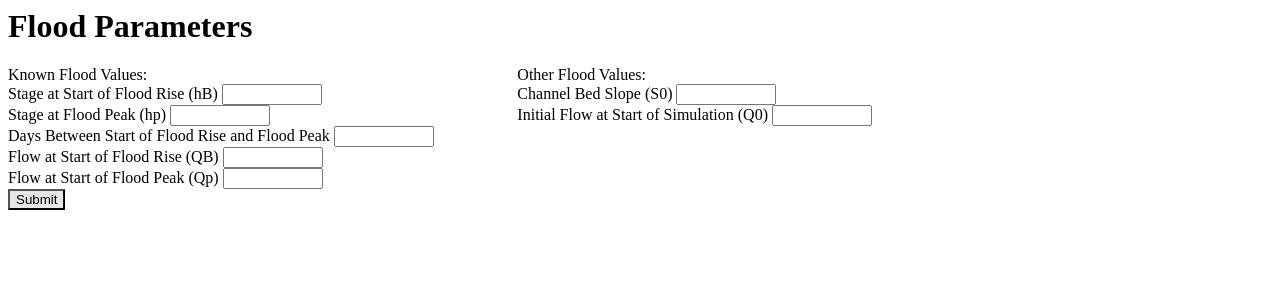
Repository: shape87/FloodAnalysis
Page: FloodAnalysis27/Web/templates/flood.html
An editor plug-in stored every save of this project. The page is shown before and after the next save, followed by the edit.
The browser window is 1280 px wide. The pictures show the whole page.

Above is the page before, as saved 2017-01-24 18:48:27.

After the next save:
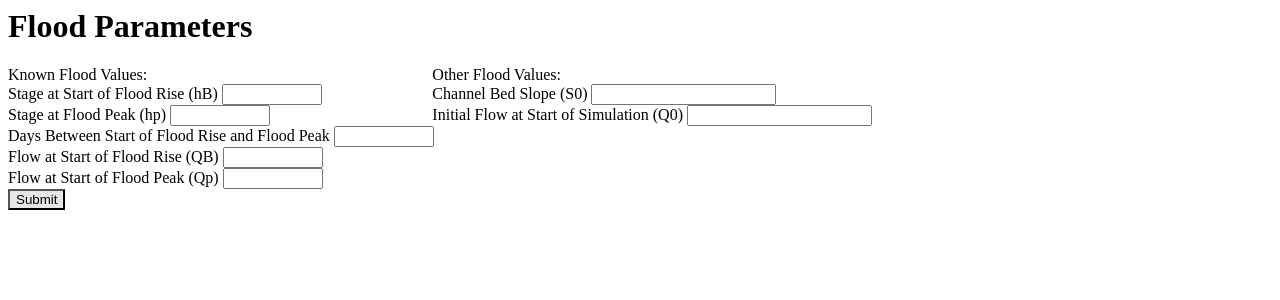
Saved 30 s later.
--- a/FloodAnalysis27/Web/templates/flood.html
+++ b/FloodAnalysis27/Web/templates/flood.html
@@ -6,12 +6,12 @@
 	 <label>Other Flood Values:</label>
 	 <div class="form-group">
 		  <label for="channel_bed">Channel Bed Slope (S0)</label>
-		  <input style="width: 100px" type="text" class="form-control"
+		  <input type="text" class="form-control width100"
 		  id="channel_bed" name="channel_bed" />
 	 </div>
 	 <div class="form-group">
 		  <label for="flow_Q0">Initial Flow at Start of Simulation (Q0)</label>
-		  <input style="width: 100px" type="text" class="form-control"
+		  <input type="text" class="form-control width100"
 		  id="flow_Q0" name="flow_Q0" />
 	 </div>
 	 </div>
